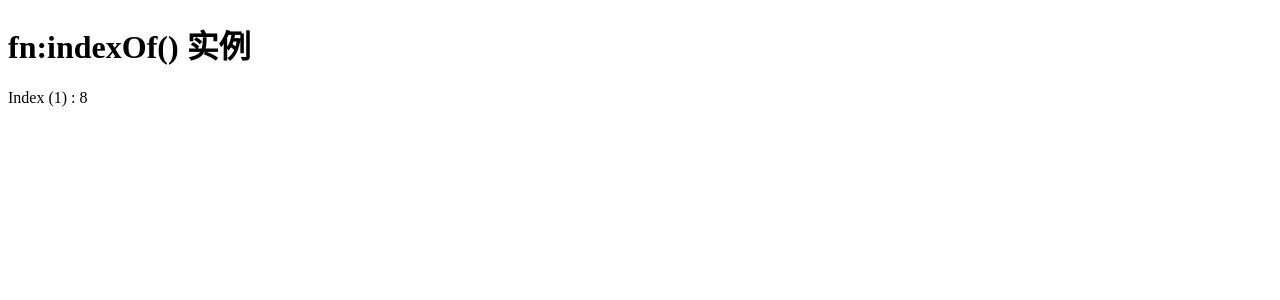
Repository: eterinfi/java
Page: http://localhost/JSPDemo/JSTLDemo/functions/fn_indexOf.jsp
These files come from the project's save history. The page is drawn as it stood at one moment and after the next save; the edit follows.
The browser window is 1280 px wide. The pictures show the whole page.
The page is served by Tomcat 9.

Above is the page before, as saved 2016-11-16 04:59:23.

After the next save:
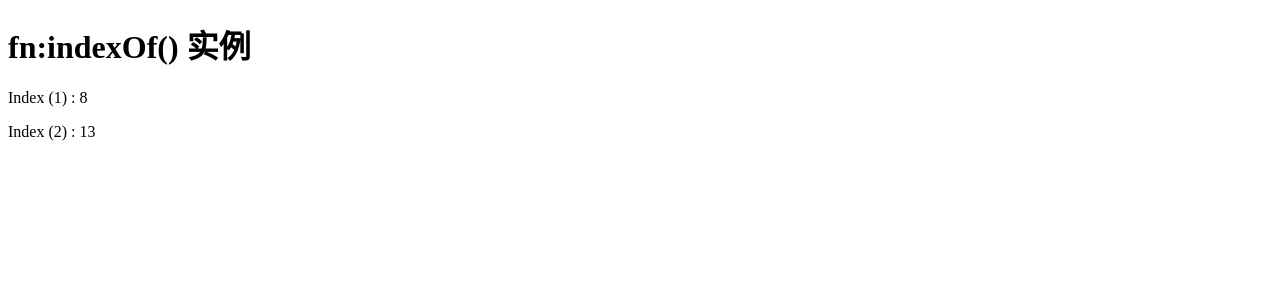
Saved 17 s later.
--- a/jee/JSPDemo/WebContent/JSTLDemo/functions/fn_indexOf.jsp
+++ b/jee/JSPDemo/WebContent/JSTLDemo/functions/fn_indexOf.jsp
@@ -13,6 +13,6 @@
   <c:set var="string1" value="This is first string." />
   <c:set var="string2" value="This <abc>is second String.</abc>"/>
   <p>Index (1) : ${fn:indexOf(string1, "first")}</p>
-  <p>
+  <p>Index (2) : ${fn:indexOf(string2, "second")}</p>
 </body>
 </html>
